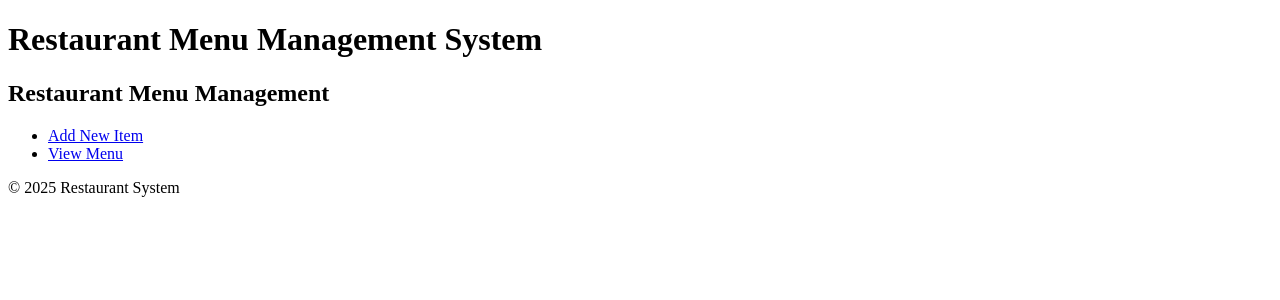
Repository: Yashagr5/WTraining
Page: http://localhost/RestaurantMenuManagement/
These files come from the project's save history. The page is drawn as it stood at one moment and after the next save; the edit follows.
The browser window is 1280 px wide. The pictures show the whole page.
The page is served by Tomcat 9.

Above is the page before, as saved 2025-08-14 18:42:07.

After the next save:
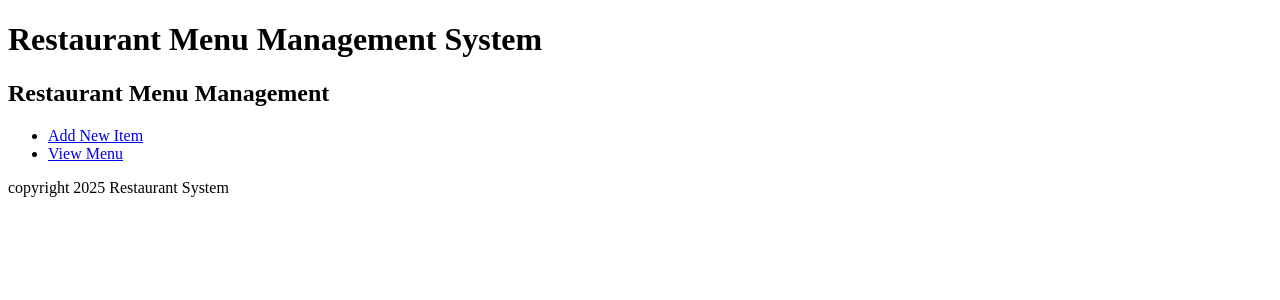
Saved 51 s later.
--- a/Servlet/RestaurantMenuManagement/src/main/webapp/footer.jsp
+++ b/Servlet/RestaurantMenuManagement/src/main/webapp/footer.jsp
@@ -7,6 +7,6 @@
 <title>Insert title here</title>
 </head>
 <body>
-<p>&copy; 2025 Restaurant System</p>
+<p>copyright 2025 Restaurant System</p>
 </body>
 </html>
